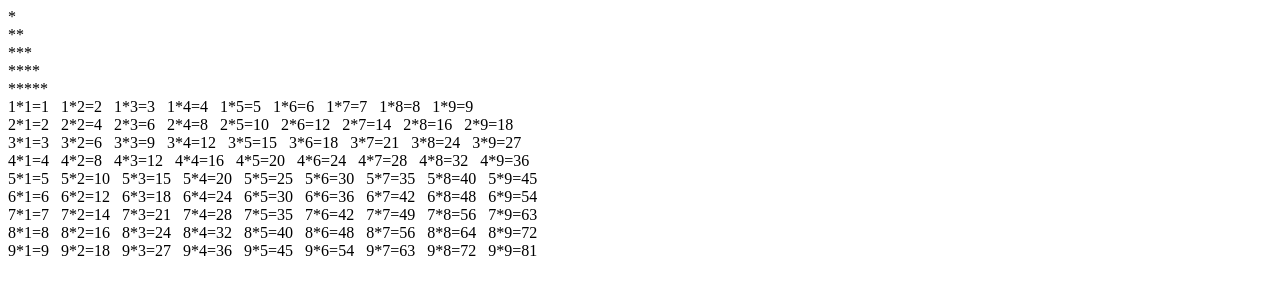
Repository: w441813542/webrecord
Page: JavaScript部分/20for循环练习.html
The author's editor kept a copy of each file at every save. The page is drawn from the files as they stood at one save, then again after the next save.
The browser window is 1280 px wide. The pictures show the whole page.

Above is the page before, as saved 2021-03-18 10:37:36.

After the next save:
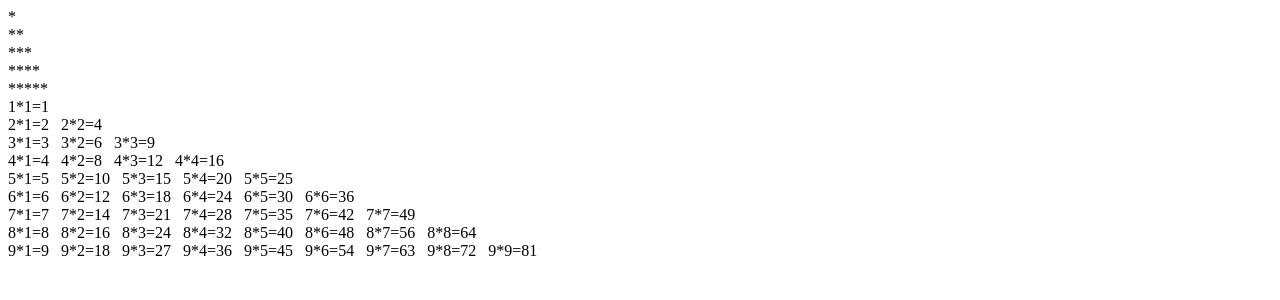
Saved 21 s later.
--- a/JavaScript部分/20for循环练习.html
+++ b/JavaScript部分/20for循环练习.html
@@ -27,7 +27,7 @@
          */
 
         for (var i = 1; i <= 9; i++) {
-           for(var j = 1; j<=9;j++)
+           for(var j = 1; j<=i;j++)
            {
                document.write(i+"*"+j +"="+(i*j) + "&nbsp;&nbsp;&nbsp;");
            }
